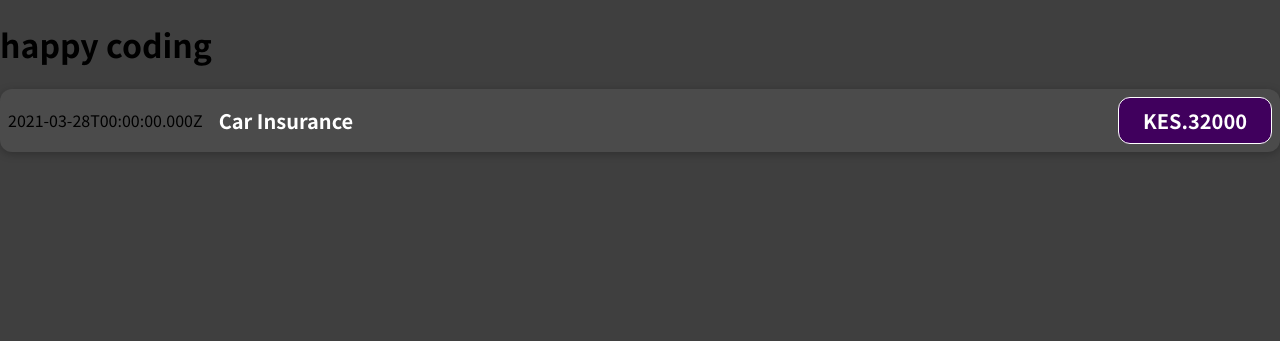
Repository: Samkiroko/expense-tracker-react
Page: /
An editor plug-in stored every save of this project. The page is shown before and after the next save, followed by the edit.
The browser window is 1280 px wide. The pictures show the whole page.
The project was rebuilt for these pictures with package versions that can differ from the ones it lists, and the page was loaded fresh each time.

Above is the page before, as saved 2021-06-08 11:26:08.

### src/index.css
@import url('https://fonts.googleapis.com/css2?family=Noto+Sans+JP:wght@400;700&display=swap');
* {
    box-sizing: border-box;
}

html {
    font-family: 'Noto Sans JP', sans-serif;
}

body {
    margin: 0;
    background-color: #3f3f3f;
}

### src/App.js
import ExpenseItem from './components/ExpenseItem'

function App(props) {
  const expenses = [
    {
      id: 'e1',
      title: 'Toilet Paper',
      amount: 94.12,
      date: new Date(2020, 7, 14),
    },
    { id: 'e2', title: 'New TV', amount: 799.49, date: new Date(2021, 2, 12) },
    {
      id: 'e3',
      title: 'Car Insurance',
      amount: 294.67,
      date: new Date(2021, 2, 28),
    },
    {
      id: 'e4',
      title: 'New Desk (Wooden)',
      amount: 450,
      date: new Date(2021, 5, 12),
    },
  ]
  return (
    <div className='App'>
      <h1>happy coding</h1>
      <ExpenseItem title={expenses[0].title} amount={expenses[0].amount} date={expenses[0].date} />
    </div>
  )
}

export default App

### src/components/ExpenseItem.js
import React from 'react'
import './ExpenseItem.css'

function ExpenseItem() {
  const expenseDate = new Date(2021, 2, 28)
  const expenseTitle = 'Car Insurance'
  const expenseAmount = 32000
  return (
    <div className='expense-item'>
      <div>{expenseDate.toISOString()}</div>
      <div className='expense-item__description'>
        <h2>{expenseTitle}</h2>
        <div className='expense-item__price'>KES.{expenseAmount}</div>
      </div>
    </div>
  )
}

export default ExpenseItem

### src/components/ExpenseItem.css
.expense-item {
    display: flex;
    justify-content: space-between;
    align-items: center;
    box-shadow: 0 2px 8px rgba(0, 0, 0, 0.25);
    padding: 0.5rem;
    margin: 1rem 0;
    border-radius: 12px;
    background-color: #4b4b4b;
}

.expense-item__description {
    display: flex;
    flex-direction: column;
    gap: 1rem;
    align-items: flex-end;
    flex-flow: column-reverse;
    justify-content: flex-start;
    flex: 1;
}

.expense-item h2 {
    color: #3a3a3a;
    font-size: 1rem;
    flex: 1;
    margin: 0 1rem;
    color: white;
}

.expense-item__price {
    font-size: 1rem;
    font-weight: bold;
    color: white;
    background-color: #40005d;
    border: 1px solid white;
    padding: 0.5rem;
    border-radius: 12px;
}

@media (min-width: 580px) {
    .expense-item__description {
        flex-direction: row;
        align-items: center;
        justify-content: flex-start;
        flex: 1;
    }
    .expense-item__description h2 {
        font-size: 1.25rem;
    }
    .expense-item__price {
        font-size: 1.25rem;
        padding: 0.5rem 1.5rem;
    }
}

Loaded but not shown: public/index.html (common file); src/index.js (common file)

After the next save:
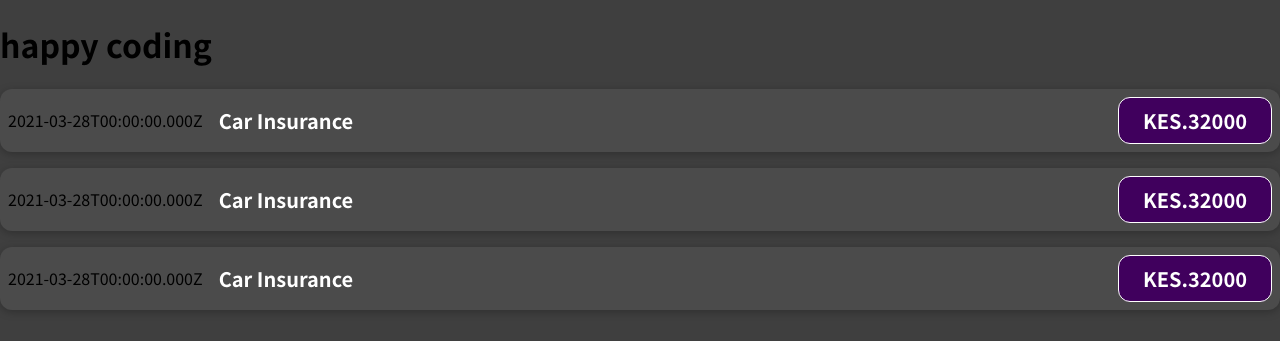
Saved 45 s later.
--- a/src/App.js
+++ b/src/App.js
@@ -26,6 +26,8 @@ function App(props) {
     <div className='App'>
       <h1>happy coding</h1>
       <ExpenseItem title={expenses[0].title} amount={expenses[0].amount} date={expenses[0].date} />
+      <ExpenseItem title={expenses[1].title} amount={expenses[1].amount} date={expenses[1].date} />
+      <ExpenseItem title={expenses[2].title} amount={expenses[2].amount} date={expenses[2].date} />
     </div>
   )
 }
